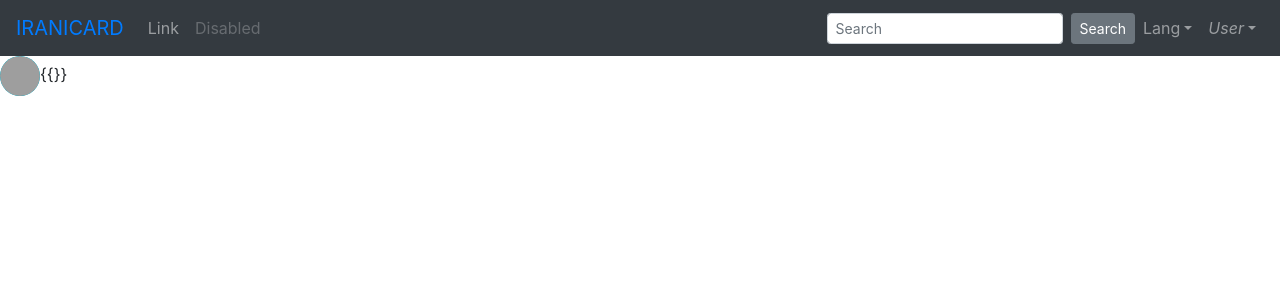
Repository: hosseinemami1370/iranicard
Page: /user
These files come from the project's save history. The page is drawn as it stood at one moment and after the next save; the edit follows.
The browser window is 1280 px wide. The pictures show the whole page.
Pictures or frames that could not be fetched are drawn as grey boxes. The page's requests for data from a server got no answer. The project was rebuilt for these pictures with package versions that can differ from the ones it lists, and the page was loaded fresh each time. The framework's server and built-in components were replaced by stand-ins that run in the browser. No one was signed in, and anything a server would have sent is missing. Also part of the build but not shown: nuxt.config.js, components/Header.vue, components/Logo.vue, components/UI/AppButton.vue, layouts/admin.vue, layouts/error.vue.

Above is the page before, as saved 2021-03-14 23:25:29.

After the next save:
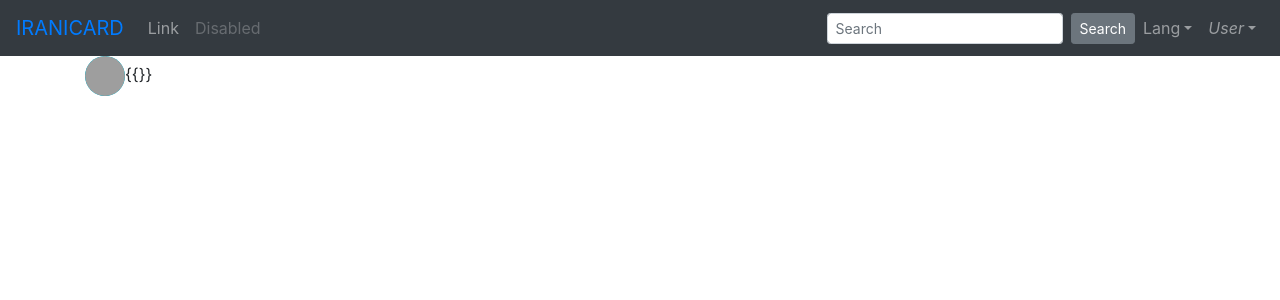
Saved 7 s later.
--- a/pages/user/index.vue
+++ b/pages/user/index.vue
@@ -1,6 +1,6 @@
 <template>
 
-<div class="con">
+<div class="container">
 
 <!-- <b-button></b-button> -->
   <b-avatar variant="info" src="https://placekitten.com/300/300"></b-avatar>
